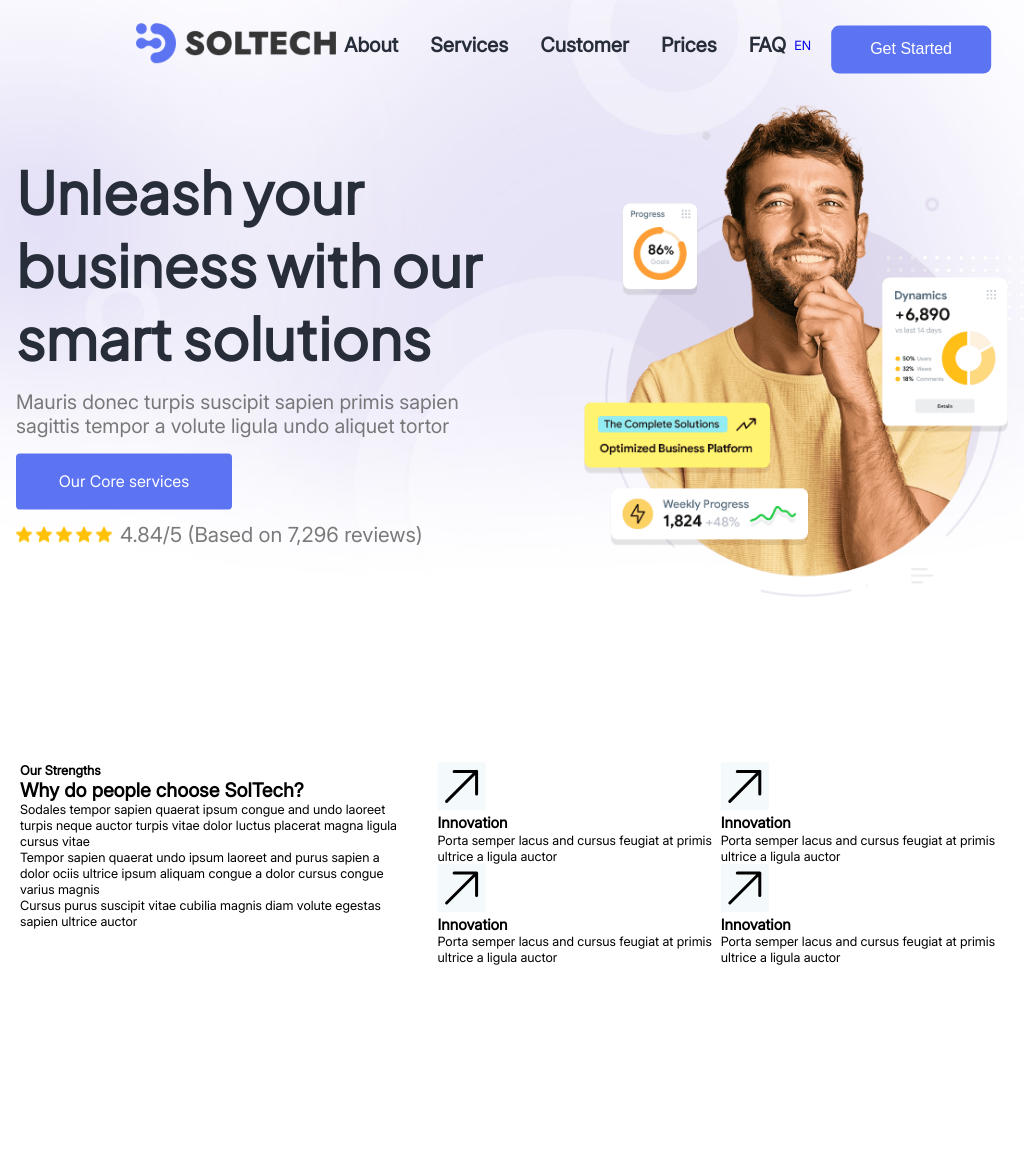
Repository: md-rabbi-hossain/Soltech-html
Page: index.html
The author's editor kept a copy of each file at every save. The page is drawn from the files as they stood at one save, then again after the next save.
The browser window is 1280 px wide. The pictures show the whole page, at 80% of full size.

Above is the page before, as saved 2025-01-10 02:02:33.

### index.html
<!DOCTYPE html>
<html lang="en">
  <head>
    <meta charset="UTF-8" />
    <meta name="viewport" content="width=device-width, initial-scale=1.0" />
    <link rel="stylesheet" href="Css/style.css" />
    <title>Soltech</title>
  </head>
  <body>
    <header class="main-container">
      <div class="Hero-parents-container">
        <nav>
          <div class="logo">
            <img src="image/logo-1.png" alt="Logo" />
          </div>
          <ul class="menu">
            <li class="dropdown">
              <a href="#">About</a>
              <ul class="dropdown-menu">
                <li><a href="#">Our Team</a></li>
                <li><a href="#">Our Mission</a></li>
                <li><a href="#">History</a></li>
              </ul>
            </li>
            <li><a href="#">Services</a></li>
            <li><a href="#">Customer</a></li>
            <li><a href="#">Prices</a></li>
            <li><a href="#">FAQ</a></li>
          </ul>
          <div class="actions">
            <div class="dropdown">
              <li><a href="#">EN</a></li>
              <ul class="dropdown-menu">
                <li><a href="#">English</a></li>
                <li><a href="#">Spanish</a></li>
              </ul>
            </div>
            <button class="get-started">Get Started</button>
          </div>
        </nav>
        <!-- Navbar end here  -->
        <!-- hero start here  -->
        <div class="hero-parents container">
          <div class="left-side">
            <div class="content">
              <h1>Unleash your business with our smart solutions</h1>
              <p>
                Mauris donec turpis suscipit sapien primis sapien sagittis
                tempor a volute ligula undo aliquet tortor
              </p>
              <div>
                <button>Our Core services</button>
              </div>
              <div class="text">
                <div class="icon">
                  <img src="image/star.png" alt="" />
                  <img src="image/star.png" alt="" />
                  <img src="image/star.png" alt="" />
                  <img src="image/star.png" alt="" />
                  <img src="image/star.png" alt="" />
                </div>
                <p>4.84/5 (Based on 7,296 reviews)</p>
              </div>
            </div>
          </div>
          <div class="right">
            <img src="/image/hero-right.png" alt="" />
          </div>
        </div>
      </div>
    </header>
    <section class="main-container cta-section">
      <div class="container">
        <div class="introduction-parent">
          <div class="introduction-text">
            <h4>Our Strengths</h4>
            <h2>Why do people choose SolTech?</h2>
            <p>
              Sodales tempor sapien quaerat ipsum congue and undo laoreet turpis
              neque auctor turpis vitae dolor luctus placerat magna ligula
              cursus vitae
            </p>
            <ul>
              <li>
                Tempor sapien quaerat undo ipsum laoreet and purus sapien a
                dolor ociis ultrice ipsum aliquam congue a dolor cursus congue
                varius magnis
              </li>
              <li>
                Cursus purus suscipit vitae cubilia magnis diam volute egestas
                sapien ultrice auctor
              </li>
            </ul>
          </div>
          <div class="box-parent">
            <div class="box">
              <div class="box-inner">
                <svg
                  xmlns="http://www.w3.org/2000/svg"
                  fill="none"
                  viewBox="0 0 24 24"
                  stroke-width="1.5"
                  stroke="currentColor"
                  class="size-6"
                >
                  <path
                    stroke-linecap="round"
                    stroke-linejoin="round"
                    d="m4.5 19.5 15-15m0 0H8.25m11.25 0v11.25"
                  />
                </svg>
                <h3>Innovation</h3>
                <p>
                  Porta semper lacus and cursus feugiat at primis ultrice a
                  ligula auctor
                </p>
              </div>
            </div>
            <div class="box">
              <div class="box-inner">
                <svg
                  xmlns="http://www.w3.org/2000/svg"
                  fill="none"
                  viewBox="0 0 24 24"
                  stroke-width="1.5"
                  stroke="currentColor"
                  class="size-6"
                >
                  <path
                    stroke-linecap="round"
                    stroke-linejoin="round"
                    d="m4.5 19.5 15-15m0 0H8.25m11.25 0v11.25"
                  />
                </svg>
                <h3>Innovation</h3>
                <p>
                  Porta semper lacus and cursus feugiat at primis ultrice a
                  ligula auctor
                </p>
              </div>
            </div>
            <div class="box">
              <div class="box-inner">
                <svg
                  xmlns="http://www.w3.org/2000/svg"
                  fill="none"
                  viewBox="0 0 24 24"
                  stroke-width="1.5"
                  stroke="currentColor"
                  class="size-6"
                >
                  <path
                    stroke-linecap="round"
                    stroke-linejoin="round"
                    d="m4.5 19.5 15-15m0 0H8.25m11.25 0v11.25"
                  />
                </svg>
                <h3>Innovation</h3>
                <p>
                  Porta semper lacus and cursus feugiat at primis ultrice a
                  ligula auctor
                </p>
              </div>
            </div>
            <div class="box">
              <div class="box-inner">
                <svg
                  xmlns="http://www.w3.org/2000/svg"
                  fill="none"
                  viewBox="0 0 24 24"
                  stroke-width="1.5"
                  stroke="currentColor"
                  class="size-6"
                >
                  <path
                    stroke-linecap="round"
                    stroke-linejoin="round"
                    d="m4.5 19.5 15-15m0 0H8.25m11.25 0v11.25"
                  />
                </svg>
                <h3>Innovation</h3>
                <p>
                  Porta semper lacus and cursus feugiat at primis ultrice a
                  ligula auctor
                </p>
              </div>
            </div>
          </div>
        </div>
      </div>
    </section>
    <script src="/Js/Script.js"></script>
  </body>
</html>

### Css/style.css
* {
  margin: 0;
  padding: 0;
  box-sizing: border-box;
}
html {
  scroll-behavior: smooth;
}
@font-face {
  font-family: Inter;
  src: url("/Font/Inter_24pt-Regular.ttf") format("woff2");
  src: url("/Font/Inter_24pt-Regular.ttf") format("woff");
  src: url("/Font/Inter_24pt-Regular.ttf") format("truetype");
  font-weight: normal;
  font-style: normal;
}
@font-face {
  font-family: Jakarta;
  src: url("/Font/PlusJakartaSans-Regular.ttf") format("woff2");
  src: url("/Font/PlusJakartaSans-Regular.ttf") format("woff");
  src: url("/Font/PlusJakartaSans-Regular.ttf") format("truetype");
  font-weight: normal;
  font-style: normal;
}
body {
  font-family: Inter;
}
li {
  list-style: none;
}
li a {
  text-decoration: none;
}
.main-container {
  max-width: 100%;
}

.container {
  max-width: 1400px;
  display: block;
  margin: 0 auto;
  padding: 25px;
}
h1 h2 h3 h5 h5 {
  font-family: Jakarta;
}
nav {
  display: flex;
  justify-content: space-between;
  align-items: center;
  padding-left: 170px;
  padding-right: 150px;
  padding-top: 20px;
  padding-bottom: 20px;
  position: relative;
  transition: all 0.3s ease;
  z-index: 1000;
}
nav.sticky {
  background-color: rgba(253, 253, 254, 0.8);
  position: sticky;
  top: 0;
  padding-bottom: 20px;
  box-shadow: 0 4px 6px rgba(0, 0, 0, 0.1);
}
.logo img {
  max-height: 50px;
}
.menu {
  display: flex;
  list-style: none;
  gap: 20px;
}
.menu li {
  position: relative;
}
.menu a {
  text-decoration: none;
  font-size: 25px;
  color: #282d3a;
  font-weight: bold;
  padding: 5px 10px;
}
/* Dropdown Styles */
.dropdown:hover .dropdown-menu {
  display: block;
}
.dropdown-menu {
  display: none;
  position: absolute;
  background: #fff;
  box-shadow: 0 4px 6px rgba(0, 0, 0, 0.1);
  border-radius: 5px;
  margin-top: 10px;
  list-style: none;
  padding: 10px 0;
}
.dropdown-menu li {
  padding: 5px 20px;
}
.dropdown-menu li a {
  color: #282d3a;
}
.dropdown-menu li:hover {
  background: #f1f1f1;
}
.actions {
  display: flex;
  align-items: center;
  gap: 20px;
}
.get-started {
  background: #5d74f2;
  color: #fff;
  font-size: 20px;
  line-height: 28px;
  padding: 6px 22px 8px;
  margin: 12px 5px 0;
  border: none;
  border-radius: 10px;
  width: 200px;
  height: 60px;
  cursor: pointer;
  transition: 0.5s;
}
.get-started:hover {
  background: #f2f0fb;
  border: 1px solid black;
  color: #585f6e;
}

/*  Hero Section Styles Here */
.Hero-parents-container {
  max-width: 100%;
  height: 100vh;
  background-image: url("/image/hero-1.jpg");
  background-size: cover;
  background-repeat: no-repeat;
}
.hero-parents {
  display: flex;
  justify-content: space-between;
  align-items: center;
  gap: 20px;
  padding: 20px;
}

.left-side {
  flex: 1;
}
.left-side h1 {
  font-size: 4.5rem;
  color: #282d3a;
  margin-bottom: 20px;
  font-family: Jakarta;
}
.left-side p {
  font-size: 25px;
  width: 560px;
  color: #5a5a5a; /* Subtle color for the paragraph text */
  margin-bottom: 20px;
  opacity: 0.8;
}

.left-side button {
  background: #5d74f2;
  color: white;
  font-size: 20px;
  padding: 10px 20px;
  border: none;
  border-radius: 5px;
  cursor: pointer;
  width: 270px;
  font-family: Inter;
  height: 70px;
}

.left-side button:hover {
  background: #4b62d8;
}
.icon img {
  width: 20px;
}

.text {
  display: flex;
  align-items: center;
  gap: 10px;
  padding-top: 15px;
}
.icon {
  display: flex;
  gap: 5px;
}

.icon img {
  width: 20px;
  height: 20px;
}

.text p {
  margin: 0;
  font-size: 26px;
}

/* Right Side */
.right {
  flex: 1;
  display: flex;
  justify-content: center;
  align-items: center;
}

.right img {
  max-width: 100%;
  height: auto;
  object-fit: contain;
}
section.main-container.cta-section {
  height: 100vh;
  display: flex;
  align-items: center;
}

.introduction-parent {
  display: flex;
  justify-content: space-between;
}

.introduction-text {
  width: 40%;
  margin-right: 50px;
}
.box-parent {
  display: flex;
  flex-wrap: wrap;
  width: 60%;
}
.box {
  width: 50%;
}
.box-inner svg {
  width: 60px;
  height: 60px;
  background: #f4f9fc;
}

### Js/Script.js
window.onscroll = function () {
  let navbar = document.querySelector("nav");
  if (window.pageYOffset > 0) {
    navbar.classList.add("sticky");
  } else {
    navbar.classList.remove("sticky");
  }
};

After the next save:
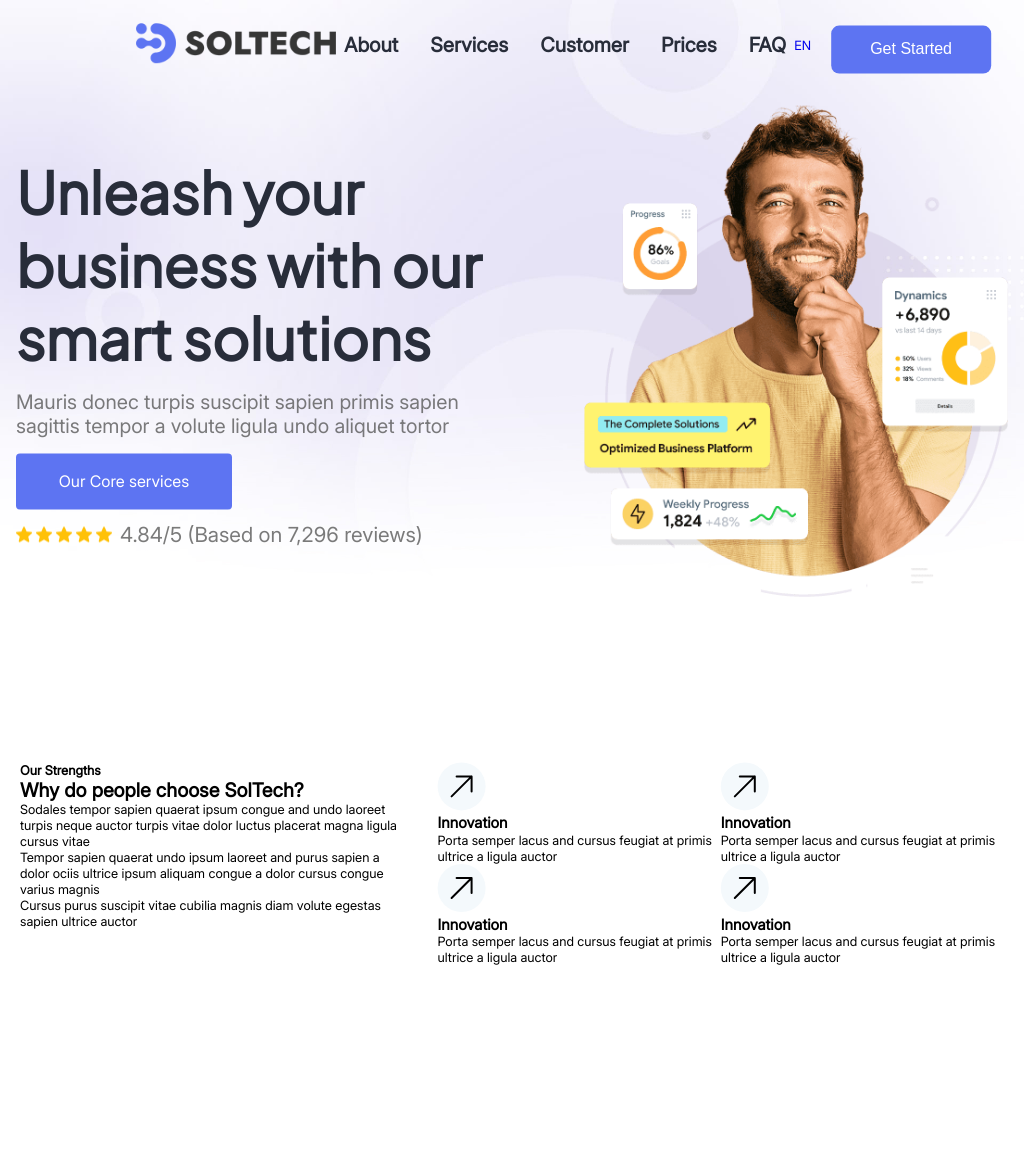
Saved 30 s later.
--- a/Css/style.css
+++ b/Css/style.css
@@ -243,4 +243,6 @@ section.main-container.cta-section {
   width: 60px;
   height: 60px;
   background: #f4f9fc;
-}
+  padding: 10px;
+  border-radius: 50%;
+}
